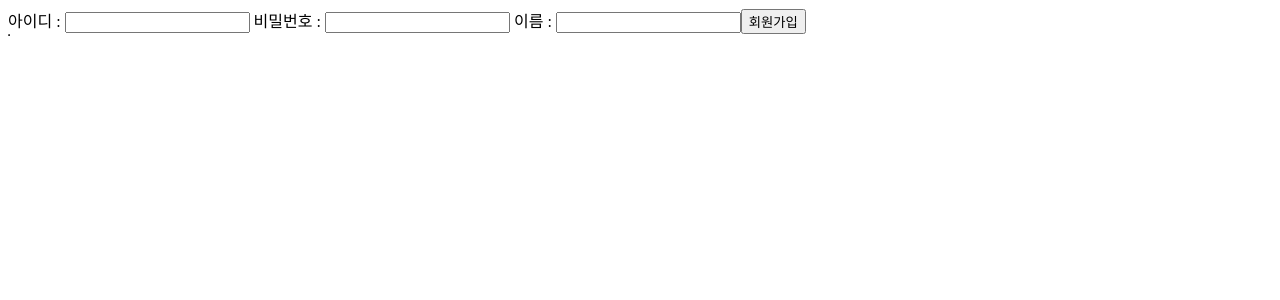
Repository: choiungsik/WEBStudy
Page: http://localhost/JSP/exJoin.jsp
These files come from the project's save history. The page is drawn as it stood at one moment and after the next save; the edit follows.
The browser window is 1280 px wide. The pictures show the whole page.
The page is served by Tomcat 9.

Above is the page before, as saved 2020-07-15 02:35:02.

After the next save:
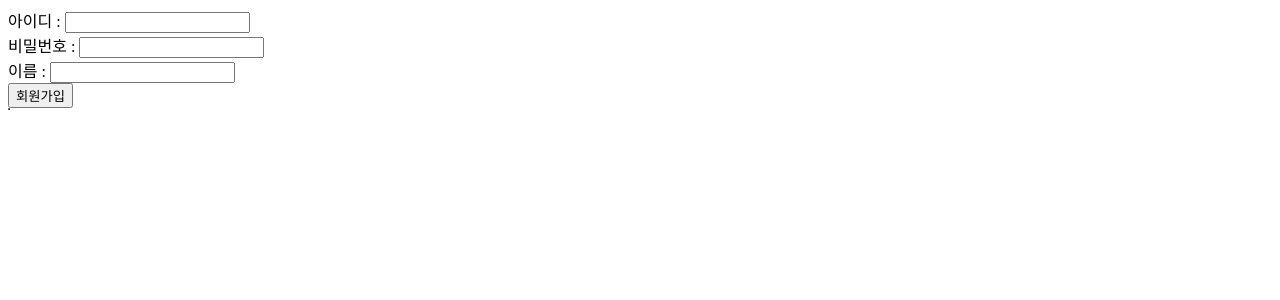
Saved 52 s later.
--- a/JSP/WebContent/exJoin.jsp
+++ b/JSP/WebContent/exJoin.jsp
@@ -9,9 +9,9 @@
 <body>
 	<form action="joinProgram.jsp" method="post">
 	<table border="1">
-		아이디 : <input type="text" name="id">
-		비밀번호 : <input type="text" name="pw">
-		이름 : <input type="text" name="name">
+		아이디 : <input type="text" name="id"><br>
+		비밀번호 : <input type="text" name="pw"><br>
+		이름 : <input type="text" name="name"><br>
 		<input type="submit" value="회원가입">
 	</table>
 	</form>
